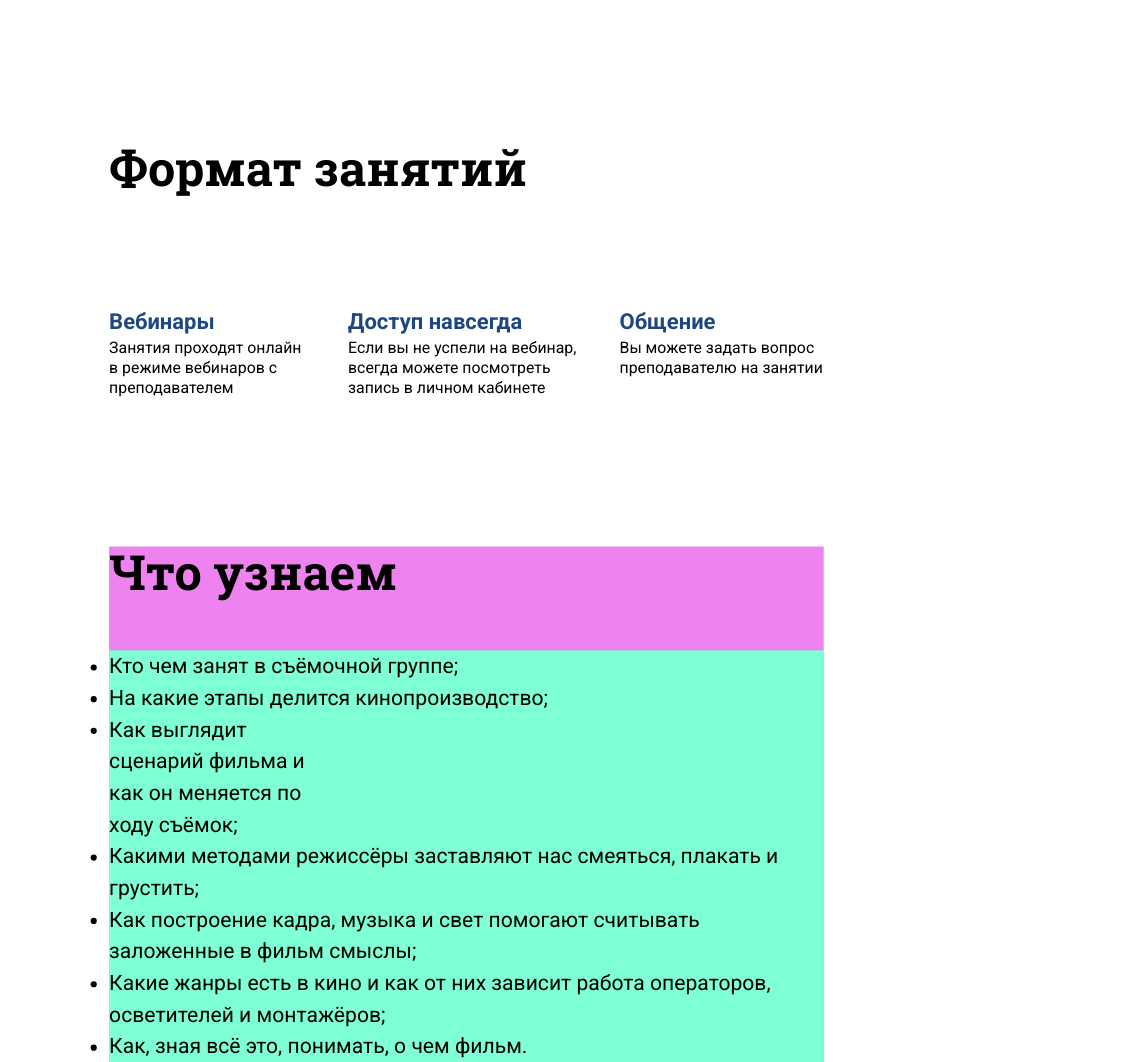
Repository: PoladEziz/Task2
Page: index.html
The author's editor kept a copy of each file at every save. The page is drawn from the files as they stood at one save, then again after the next save.
The browser window is 1280 px wide. The pictures show the whole page, at 88% of full size.

Above is the page before, as saved 2023-05-04 17:44:33.

After the next save:
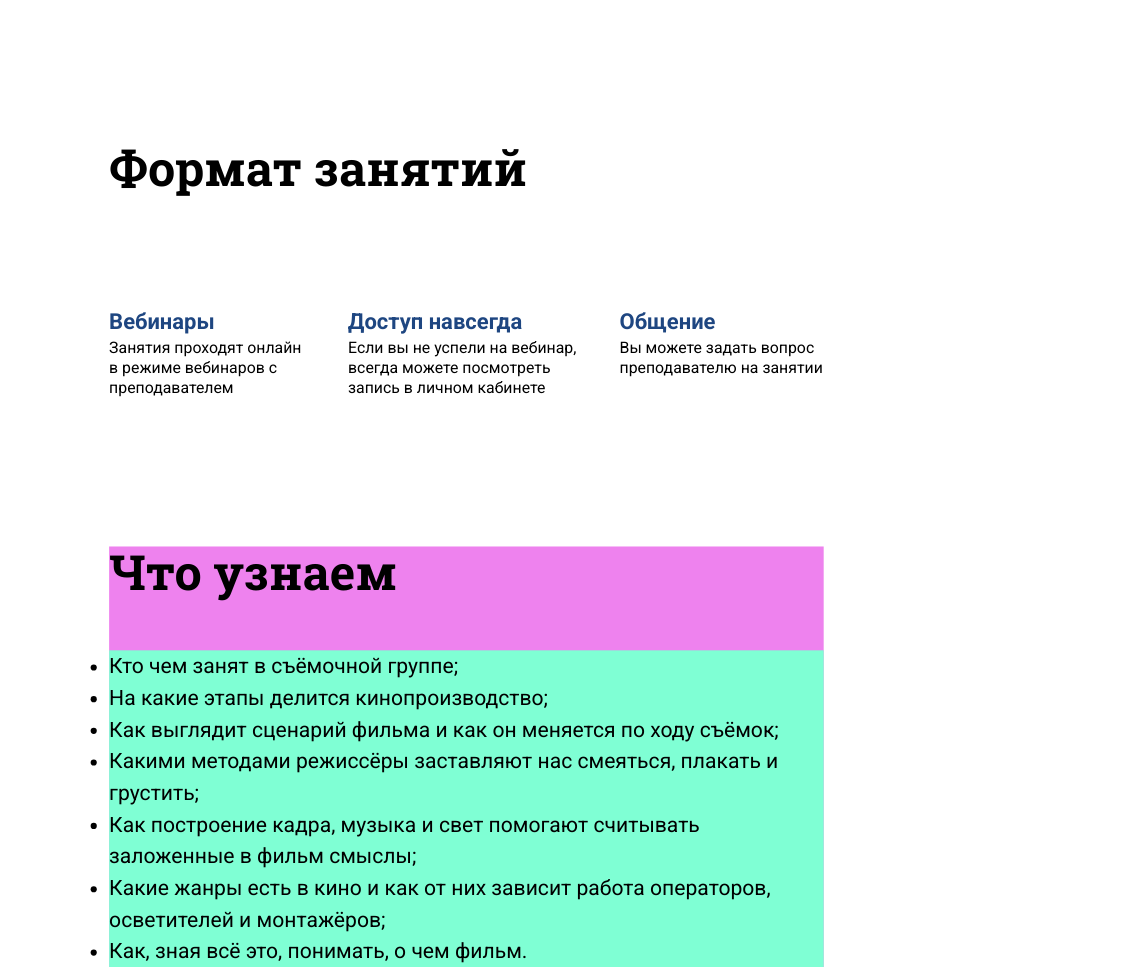
Saved 6 s later.
--- a/index.css
+++ b/index.css
@@ -37,7 +37,7 @@
 .page-1 li:nth-child(2) {
   width: 260px;
 }
-li:nth-child(3) {
+.page-1 li:nth-child(3) {
   width: 232px;
 }
 .page-1 ul li h2 {
